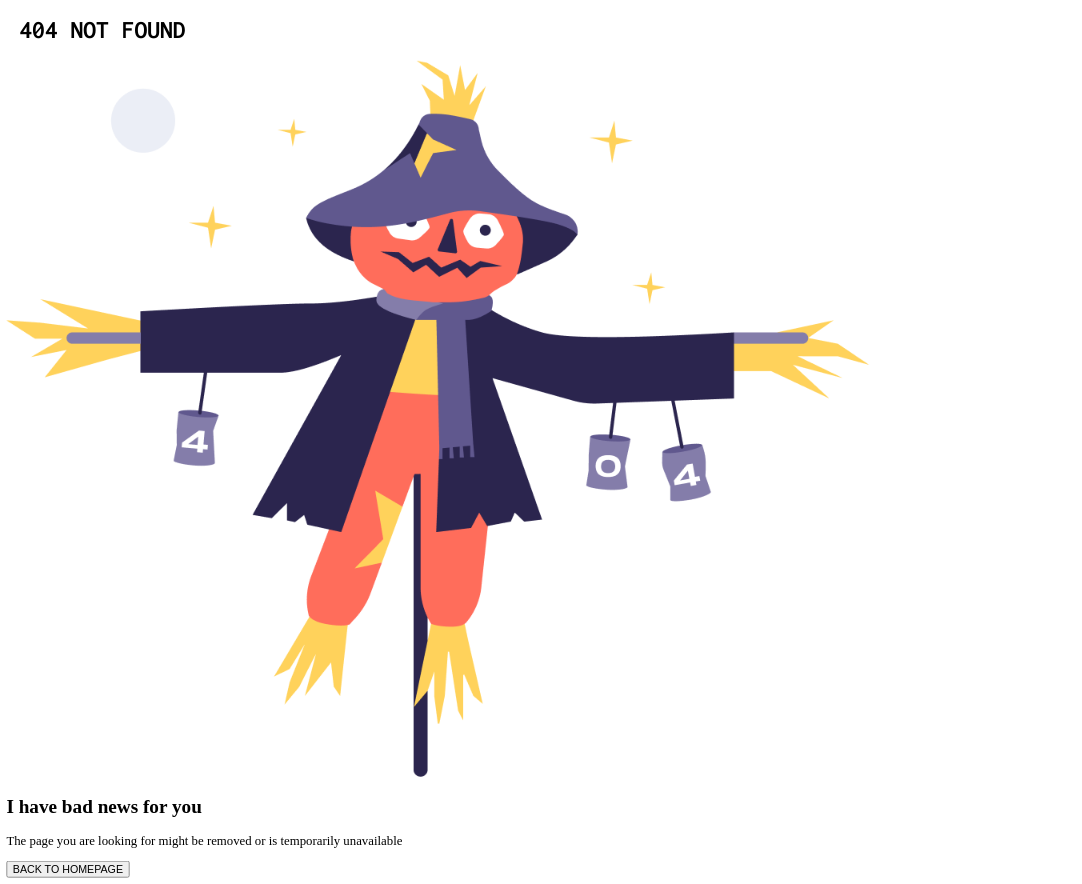
Repository: kellyalves87/404_not_found
Page: index.html
An editor plug-in stored every save of this project. The page is shown before and after the next save, followed by the edit.
The browser window is 1280 px wide. The page is 1280 px wide, then 1353 px, so the pictures cover 1353 px, including what lies to the right of the window. The pictures show the whole page, at 80% of full size.

Above is the page before, as saved 2021-05-16 14:39:06.

### index.html
<!DOCTYPE html>
<html lang="en">

<head>
  <meta charset="utf-8" />
  <meta name="viewport" content="width=device-width, initial-scale=1,
  maximum-scale=5" />
  <link rel="icon" href="./assets/devchallenges.png" />
  <link rel="shortcut icon" type="image/x-icon" href="https://devchallenges.io/" />
  <link rel="preconnect" href="https://fonts.gstatic.com">
  <link href="https://fonts.googleapis.com/css2?family=Inconsolata:wght@700&family=Space+Mono:wght@400;700&display=swap"
    rel="stylesheet">
  <link rel="stylesheet" href="./style/index.css">
  <title>Devchallenges</title>
</head>

<header class="header">
  <h1>404 NOT FOUND</h1>
</header>

<body>
  <div class="content">
    <img src="./assets/Scarecrow.png" alt="straw man">
    <h2>I have bad news for you</h2>
    <p>The page you are looking for might be removed or is temporarily unavailable</p>
    <button type="button">BACK TO HOMEPAGE</button>
  </div>
</body>

</html>

### style/index.css
/* Mobile first */

.header {
    font-family: inconsolata;
    font-size: 1rem;
    margin: 1rem;
}

After the next save:
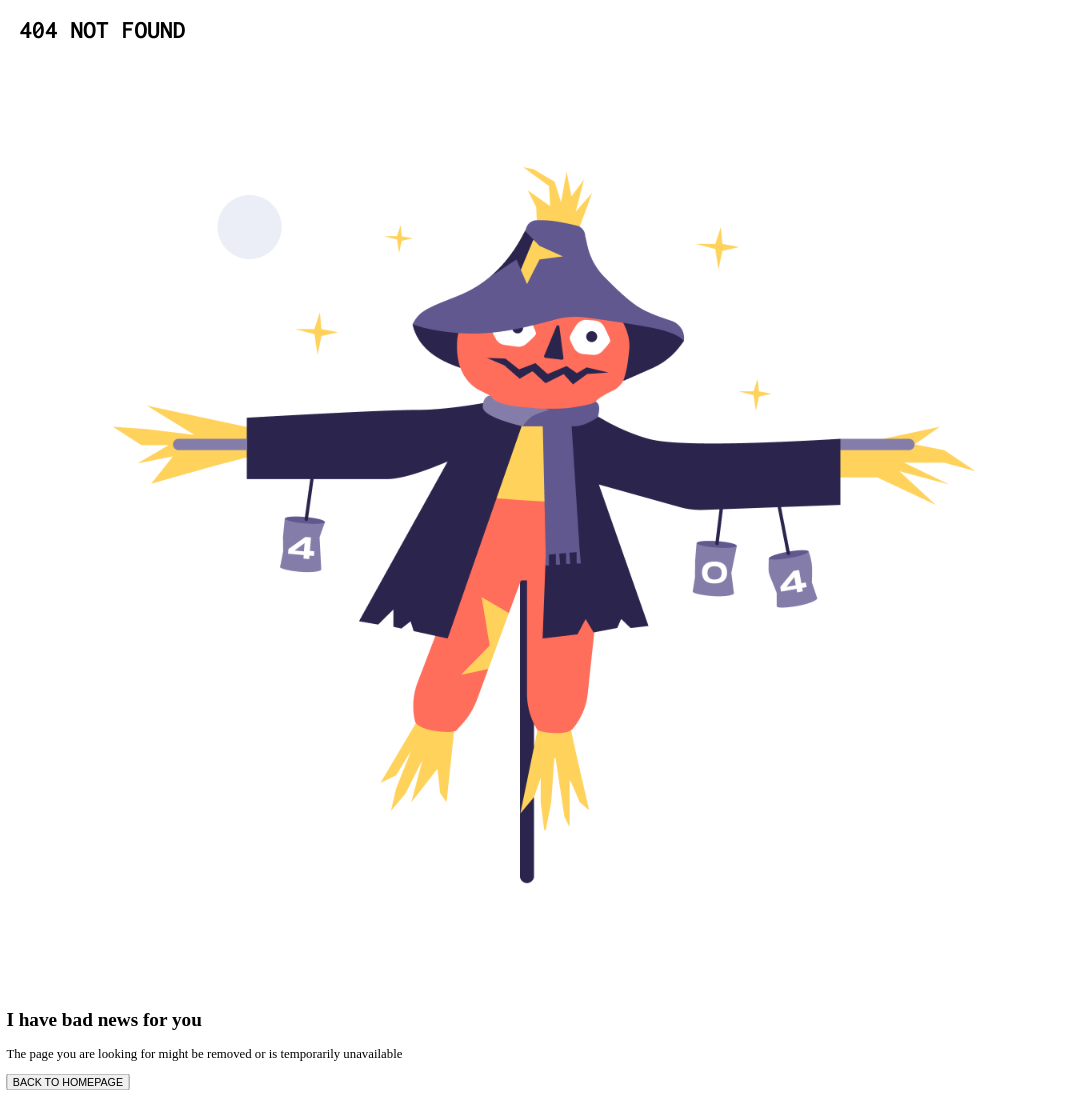
Saved 49 s later.
--- a/style/index.css
+++ b/style/index.css
@@ -5,3 +5,7 @@
     font-size: 1rem;
     margin: 1rem;
 }
+
+img {
+    margin: 133px;
+}
